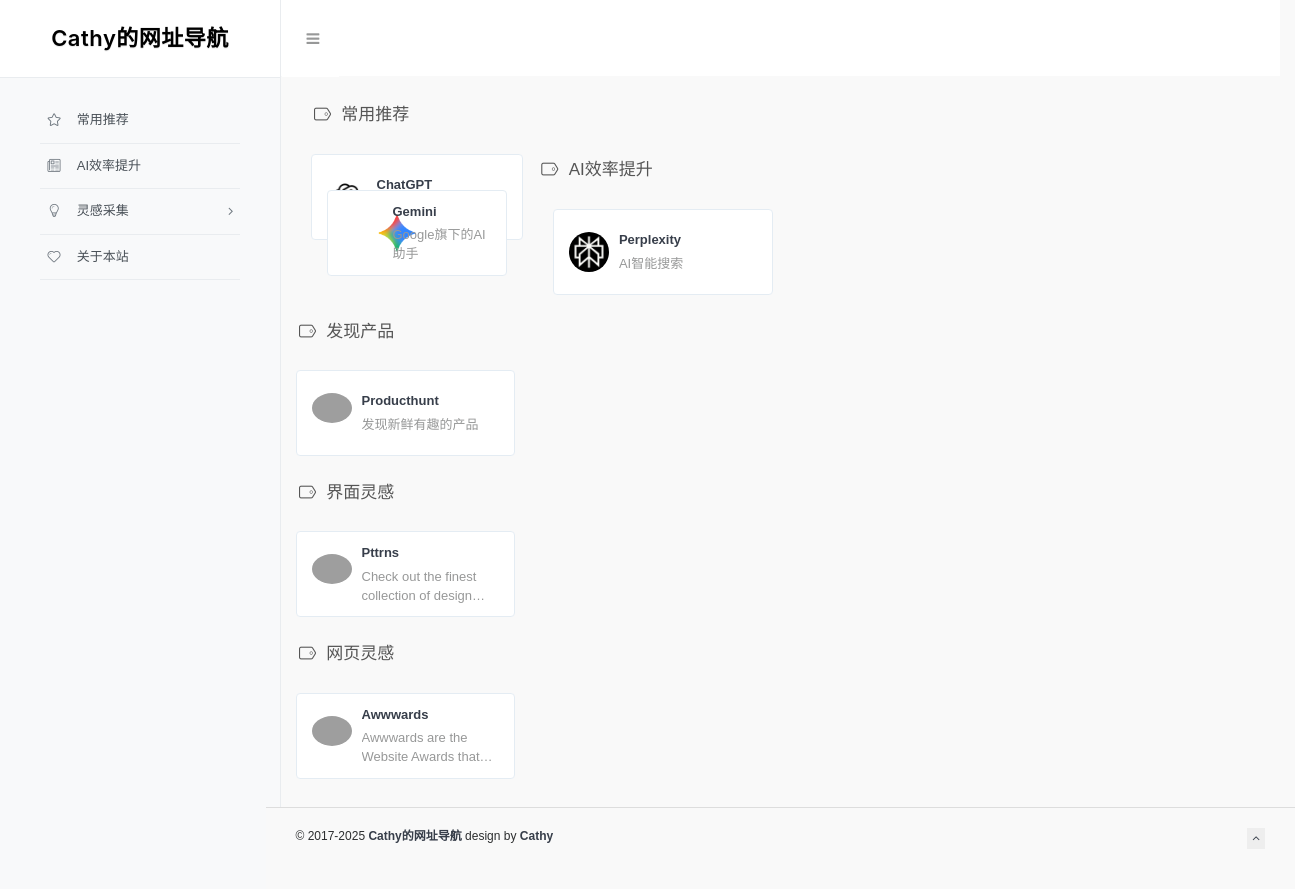
Repository: SweetPomelo0/AINav
Page: cn/index.html
An editor plug-in stored every save of this project. The page is shown before and after the next save, followed by the edit.
The browser window is 1280 px wide. The page is 1295 px wide, so the pictures cover 1295 px, including what lies to the right of the window. The pictures show the whole page.
Pictures or frames that could not be fetched are drawn as grey boxes.

Above is the page before, as saved 2025-07-24 22:56:00.

After the next save:
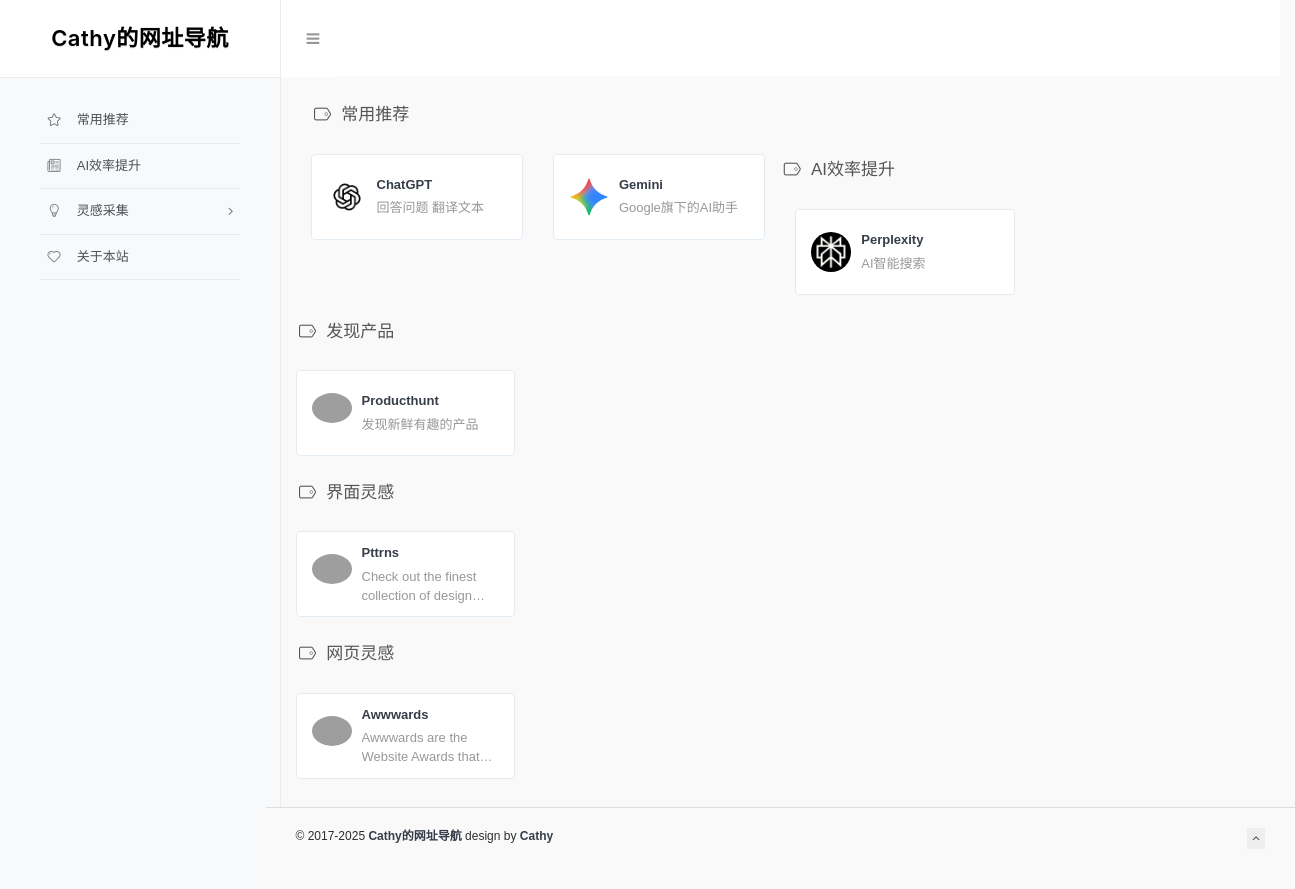
Saved 2 min 7 s later.
--- a/cn/index.html
+++ b/cn/index.html
@@ -308,8 +308,10 @@
                   </p>
                 </div>
               </div>
-
-              <div
+            </div>
+          </div>
+          <div class="col-sm-3">
+            <div
               class="xe-widget xe-conversations box2 label-info"
               onclick="window.open('https://gemini.google.com/app', '_blank')"
               data-toggle="tooltip"
@@ -334,8 +336,6 @@
                   </p>
                 </div>
               </div>
-
-            </div>
           </div>
 
         </div>
